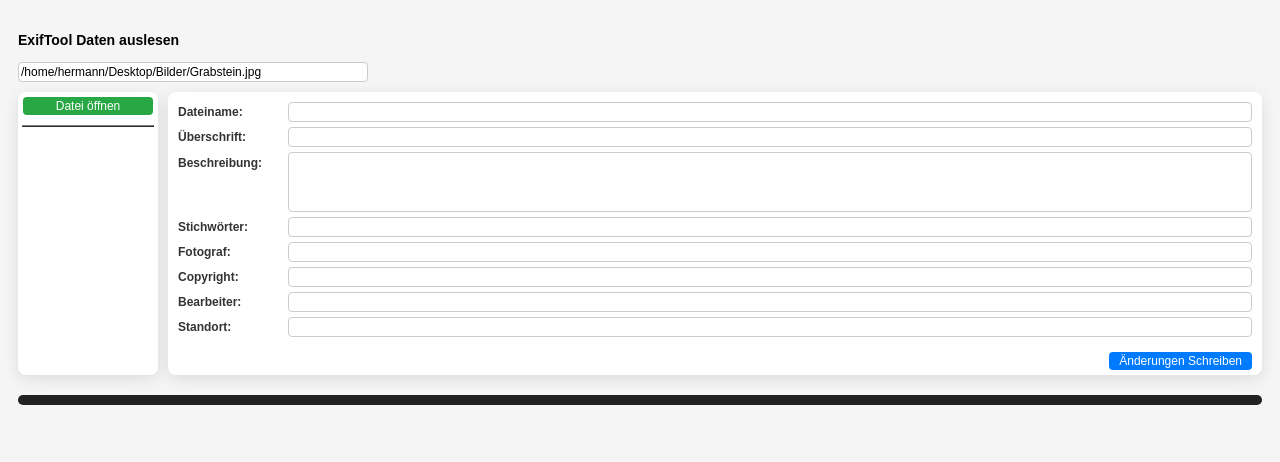
Repository: h-fahle/metadata
Page: ui/index.html
These files come from the project's save history. The page is drawn as it stood at one moment and after the next save; the edit follows.
The browser window is 1280 px wide. The pictures show the whole page.

Above is the page before, as saved 2026-08-17 10:32:06.

### ui/index.html
<!DOCTYPE html>
<html lang="de">

<head>
	<meta charset="UTF-8">
	<title>Tauri ExifTool Test</title>
	<link rel="stylesheet" href="style.css">
</head>

<body>
	<h3>ExifTool Daten auslesen</h3>

	<input type="text" id="bildpfad" value="/home/hermann/Desktop/Bilder/Grabstein.jpg">

	<div class="main-container">

		<!-- Das Vorschaubild links -->
		<div id="sidebar">
			<button id="file-open" onclick="dateiAuswählen()">Datei öffnen</button>
			<img id="vorschau-bild" src="" />
		</div>

		<!-- Das Formular rechts -->
		<form action="" method="post">
			<p>
				<label for="filename">Dateiname:</label>
				<input type="text" id="filename" name="filename"
					title="Im Einzelmodus: Änderung des Dateinamens bewirkt Umbenennung der Datei.
Im Stapelmodus: Ordnername is nicht änderbar."/>
			</p>
			<p>
				<label for="caption">Überschrift:</label>
				<input type="text" id="caption" name="caption"
					title="Auch (Dokument-)Titel, Schlagzeile, Headline"/>
			</p>
			<p>
				<label for="description">Beschreibung:</label>
				<textarea id="description" name="description" style="min-height: 60px;"
					title="Beschreibender Text in beliebiger Länge.
(Im Stapelmodus wird der eingegebene Text an vorhandenen angehängt.)
Hinweis: Einige Programme zeigen nur 2.000 Zeichen oder auch weniger an."></textarea>
			</p>
			<p>
				<label for="keywords">Stichwörter:</label>
				<input type="text" id="keywords" name="keywords"
					title="Komma-separierte Liste. Groß-/Kleinschreibung beachten.
Im Stapelmodus werden die eingegebenen Stichwörter an vorhandene angehängt."/>
			</p>
			<p>
				<label for="creator">Fotograf:</label>
				<input type="text" id="creator" name="creator"
					title="Urheber, Ersteller, Autor
(Tags: Artitst, Creator, By-line)"/>
			</p>
			<p>
				<label for="copyright">Copyright:</label>
				<input type="text" id="copyright" name="copyright"
					title="Urheberrechtshinweis; enthält in der Regel:
Name des Fotografen, Aufnahmejahr und Nutzungsrechte;
(z.B. 'Copyright [1975] [Mustermann], Alle Rechte vorbehalten')"/>
			</p>
			<p>
				<label for="editor">Bearbeiter:</label>
				<input type="text" id="editor" name="editor"
					title="Verfasser der Metadaten
(Tags: Caption Writer, Writer Editor)"/>
			</p>
			<p>
				<label for="position">Standort:</label>
				<input type="text" id="position" name="position"
					title="GPS-Koordinaten in Dezimalgrad (51.49129, 8.43317).
Ermitteln der Koordinaten in der Google Maps-Karte:
  1. mit rechter Maustaste auf den Standort klicken,
  2. auf die angezeigten Koordinaten klicken,
  3. der so gespeicherte Wert kann dann mit Strg+V kopiert werden."/>
			</p>

			<!-- NEU: Der Speichern-Button am Ende des Formular-Containers -->
			<div style="text-align: right; margin-top: 15px;">
				<button onclick="exifSchreiben(event)"
					style="background: #007BFF;">Änderungen Schreiben</button>
			</div>

		</form>
	</div> <!-- Ende des main-containers -->

	<div id="ausgabe"></div>

	<script>

		async function dateiAuswählen() {
			try {
				const ergebnis = await window.__TAURI__.core.invoke('plugin:dialog|open', {
					options: {
						title: 'Bilddatei für ExifTool auswählen',
						directory: false,
						multiple: false,
						filters: [
							{ name: 'Bilder', extensions: ['jpg', 'jpeg', 'png', 'gif', 'tif', 'tiff', 'webp', 'avif', 'heic', 'heif'] }
						]
					}
				});

				// Wenn der Nutzer nicht abgebrochen hat (ergebnis ist nicht null)
				if (ergebnis) {
					// Falls das Ergebnis ein Objekt ist (z.B. { path: "..." }), holen wir den Pfad heraus,
					// ansonsten nehmen wir den String direkt.
					const pfad = typeof ergebnis === 'object' ? ergebnis.path : ergebnis;

					document.getElementById("bildpfad").value = pfad;

					// Sofort automatisch die Metadaten einlesen!
					exifAuslesen();
				}
			} catch (fehler) {
				document.getElementById("ausgabe").innerHTML = "<span style='color: red;'>Dialog-Fehler: " + fehler + "</span>";
			}
		}

		async function exifAuslesen() {
			const pfad = document.getElementById("bildpfad").value;
			const ausgabe = document.getElementById("ausgabe");
			const vorschauImg = document.getElementById("vorschau-bild");


			ausgabe.innerText = "Rufe ExifTool auf...";

			try {
				// 1. Metadaten über Rust holen
				const jsonText = await window.__TAURI__.core.invoke('lese_bild_metdaten', { dateipfad: pfad });
				const datenObjekt = JSON.parse(jsonText)[0]; 	// Das 1. JSON-Objekt im JSON-Array in JS-Objekt umwandeln

				document.getElementById('filename').value = datenObjekt.FileName || '';
				document.getElementById('caption').value = datenObjekt.CMB_Caption || '';
				document.getElementById('description').value = datenObjekt.Description || '';
				document.getElementById('keywords').value = datenObjekt.Keywords || '';
				document.getElementById('creator').value = datenObjekt.Creator || '';
				document.getElementById('copyright').value = datenObjekt.Copyright || '';
				document.getElementById('editor').value = datenObjekt.CMB_Editor || '';
				document.getElementById('position').value = datenObjekt.GPSPosition || '';

				// Wir nehmen das erste Element der Liste (ExifTool liefert immer ein Array)
				// und stellen es schön formatiert im Browser dar
				// ausgabe.innerText = JSON.stringify(datenObjekt[0], null, 2);
				ausgabe.innerText = jsonText;

				// Wir fragen Rust nach dem besten Weg für das Bild
				const vorschauErgebnis = await window.__TAURI__.core.invoke('hole_vorschaubild', { dateipfad: pfad });

				if (vorschauErgebnis === "STANDARD") {
					// Normales JPG/PNG über das Asset-Protokoll
					const assetUrl = window.__TAURI__.core.convertFileSrc(pfad);
					vorschauImg.src = assetUrl + "?t=" + new Date().getTime();
				} else if (vorschauErgebnis.startsWith("data:[embedded picture, 23 characters]")) {
					// TIF/TIFF über den im RAM kompilierten Rust-Wandler
					vorschauImg.src = vorschauErgebnis;
				}

				vorschauImg.style.display = "block";

			} catch (fehler) {
				ausgabe.innerHTML = "<span style='color: red;'>Fehler: " + fehler + "</span>";
				vorschauImg.style.display = "none";
				infoText.innerText = "Fehler beim Laden";
			}
		}

		async function exifSchreiben(ereignis) {
			if (ereignis) ereignis.preventDefault();  // verbietet dem Browser den automatischen Seiten-Reset!

			const pfad = document.getElementById("bildpfad").value;
			const ausgabe = document.getElementById("ausgabe");

			ausgabe.innerText = "Speichere Daten über ExifTool...";

			// Wir sammeln alle aktuellen Werte aus den Eingabefeldern ein
			const daten = {
				dateipfad: pfad,
				filename: document.getElementById('filename').value,
				caption: document.getElementById('caption').value,
				description: document.getElementById('description').value,
				keywords: document.getElementById('keywords').value.split(',').map(s => s.trim()).join(', '),
				creator: document.getElementById('creator').value,
				copyright: document.getElementById('copyright').value,
				editor: document.getElementById('editor').value,
				gps: document.getElementById('position').value
			};

			try {
				// Wir schicken das gesamte Paket an die Rust-Funktion 'schreibe_bild_metdaten'
				const antwort = await window.__TAURI__.core.invoke('schreibe_bild_metdaten', daten);

				// Bei Erfolg zeigen wir die Meldung in grüner Schrift an
				ausgabe.innerHTML = "<span style='color: #00ff00;'>" + antwort + "</span>";

				// 2. Da der Pfad dank preventDefault() jetzt bombenfest im Feld stehen bleibt,
				// funktioniert das Neuladen nun augenblicklich und fehlerfrei!
				await exifAuslesen();

			} catch (fehler) {
				// Falls etwas schiefgeht (z.B. Datei schreibgeschützt), zeigen wir den Fehler an
				ausgabe.innerHTML = "<span style='color: red;'>Fehler beim Speichern: " + fehler + "</span>";
			}
		}

	</script>
</body>

</html>

### ui/style.css
body {
	font-family: sans-serif;
	font-size:12px;
	padding: 10px;
	background: #f5f5f5;
}

button {
	padding: 2px 10px;
	font-size: 12px;
	cursor: pointer;
	background: #28a745;
	color: white;
	border: none;
	border-radius: 4px;
}

#ausgabe {
	margin-top: 20px;
	background: #222;
	color: #00ff00;
	padding: 5px;
	border-radius: 5px;
	font-family: monospace;
	white-space: pre-wrap;
	overflow-x: auto;
}
input#bildpfad {
	width: 350px;
}

/* Der neue Haupt-Container für die Nebeneinander-Ausrichtung */
.main-container {
	margin-top: 10px;
	display: flex;
	flex-direction: row;  /* Elemente nebeneinander */
	gap: 10px;            /* Abstand zwischen Bild und Formular */
	width: 100%;
	box-sizing: border-box;
}

/* Styling für den Bild-Bereich */
#sidebar {
	width: 140px;
	min-width: 140px;

	display: flex;
	flex-direction: column;
  	align-items: center;
  	justify-content: flex-start;

	padding-top: 5px;
	background-color: #ffffff;
	border-radius: 8px;
	box-shadow: 0 4px 15px rgba(0, 0, 0, 0.1);
}
#file-open {
	 width: 130px;
	 margin-bottom: 10px;
}
#vorschau-bild {
	width: 130px;
	height: auto;
	border: 1px outset gray;
}

/* Container des Formulars */
form {
	flex-grow: 1;
	margin: 0;
	padding: 5px 10px;
	background-color: #ffffff;
	border-radius: 8px;
	box-shadow: 0 4px 15px rgba(0, 0, 0, 0.1);
	font-family: Arial, sans-serif;
}

form p {
	display: flex;
	align-items: center;
	margin: 6px 0;       /* Geringer Zeilenabstand */
	width: 100%;
	margin-top: 5px;    /* Kleiner Abstand nach oben */
	margin-bottom: 5px; /* Kleiner Abstand nach unten */
}

label[for="description"] {
    align-self: flex-start;  /* DIESE ZEILE IST DIE RETTUNG: Richtet NUR dieses Label oben aus! */
    margin-top: 4px;         /* Feinjustierung, damit es perfekt auf der Linie der ersten Textzeile liegt */
}


/* Feste Breite für die Labels + Linksbündig */
label {
	display: inline-block;
	width: 110px;
	text-align: left;
	font-weight: bold;
	color: #333333;
	flex-shrink: 0; /* Verhindert, dass der Text zusammengedrückt wird */
}

/* Eingabefelder füllen den restlichen Platz der Zeile aus */
input[type="text"],
textarea {
	flex-grow: 1; /* Alle Felder starten exakt an der gleichen Linie */
	width: 100%;
	min-width: 0;
	padding: 2px;
	border: 1px solid #cccccc;
	border-radius: 4px;
	box-sizing: border-box;
	font-size: 12px;
}
textarea {
    /* DIESE BEIDEN ZEILEN LÖSEN DAS LINUX-PROBLEM ENDGÜLTIG: */
    field-sizing: content;   /* Die Box wächst automatisch zeilenweise mit! */
    overflow: hidden;        /* Schaltet Scrollbalken und damit den Bug komplett ab */
    resize: none;            /* Der Nutzer muss nicht mehr manuell ziehen */
}

/* Aktives Feld bei Klick */
input:focus,
textarea:focus {
	border-color: #007BFF;
	outline: none;
	box-shadow: 0 0 5px rgba(0, 123, 255, 0.5);
}

/* Der Absendeknopf richtet sich nach den Eingabefeldern aus */
.button-group {
	display: flex;
	justify-content: flex-end;
}

button[type="submit"] {
	width: 200px;
	padding: 12px;
	background-color: #007BFF;
	color: white;
	border: none;
	border-radius: 4px;
	font-size: 16px;
	cursor: pointer;
	transition: background-color 0.3s ease;
}
button[type="submit"]:hover {
	background-color: #0056b3;
}

After the next save:
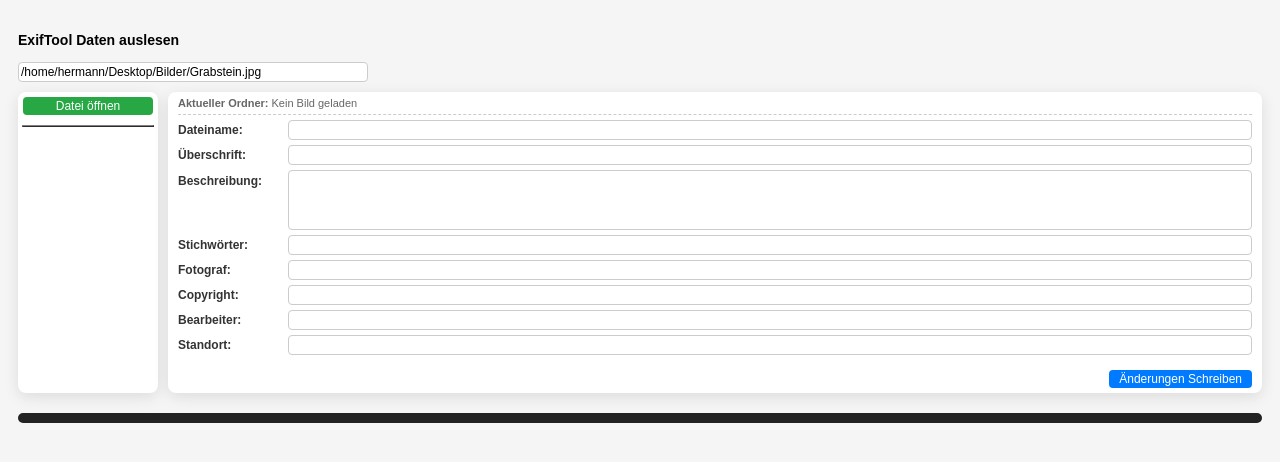
Saved 6 min 18 s later.
--- a/ui/index.html
+++ b/ui/index.html
@@ -22,63 +22,60 @@
 
 		<!-- Das Formular rechts -->
 		<form action="" method="post">
+
+			<div
+				style="margin-bottom: 5px; padding-bottom: 5px; border-bottom: 1px dashed #ccc; color: #666; font-size: 11px;">
+				<strong>Aktueller Ordner:</strong> <span id="ordner-pfad">Kein Bild geladen</span>
+			</div>
+
 			<p>
 				<label for="filename">Dateiname:</label>
-				<input type="text" id="filename" name="filename"
-					title="Im Einzelmodus: Änderung des Dateinamens bewirkt Umbenennung der Datei.
-Im Stapelmodus: Ordnername is nicht änderbar."/>
+				<input type="text" id="filename" name="filename" title="Im Einzelmodus: Änderung des Dateinamens bewirkt Umbenennung der Datei.
+Im Stapelmodus: Ordnername is nicht änderbar." />
 			</p>
 			<p>
 				<label for="caption">Überschrift:</label>
-				<input type="text" id="caption" name="caption"
-					title="Auch (Dokument-)Titel, Schlagzeile, Headline"/>
+				<input type="text" id="caption" name="caption" title="Auch (Dokument-)Titel, Schlagzeile, Headline" />
 			</p>
 			<p>
 				<label for="description">Beschreibung:</label>
-				<textarea id="description" name="description" style="min-height: 60px;"
-					title="Beschreibender Text in beliebiger Länge.
+				<textarea id="description" name="description" style="min-height: 60px;" title="Beschreibender Text in beliebiger Länge.
 (Im Stapelmodus wird der eingegebene Text an vorhandenen angehängt.)
 Hinweis: Einige Programme zeigen nur 2.000 Zeichen oder auch weniger an."></textarea>
 			</p>
 			<p>
 				<label for="keywords">Stichwörter:</label>
-				<input type="text" id="keywords" name="keywords"
-					title="Komma-separierte Liste. Groß-/Kleinschreibung beachten.
-Im Stapelmodus werden die eingegebenen Stichwörter an vorhandene angehängt."/>
+				<input type="text" id="keywords" name="keywords" title="Komma-separierte Liste. Groß-/Kleinschreibung beachten.
+Im Stapelmodus werden die eingegebenen Stichwörter an vorhandene angehängt." />
 			</p>
 			<p>
 				<label for="creator">Fotograf:</label>
-				<input type="text" id="creator" name="creator"
-					title="Urheber, Ersteller, Autor
-(Tags: Artitst, Creator, By-line)"/>
+				<input type="text" id="creator" name="creator" title="Urheber, Ersteller, Autor
+(Tags: Artitst, Creator, By-line)" />
 			</p>
 			<p>
 				<label for="copyright">Copyright:</label>
-				<input type="text" id="copyright" name="copyright"
-					title="Urheberrechtshinweis; enthält in der Regel:
+				<input type="text" id="copyright" name="copyright" title="Urheberrechtshinweis; enthält in der Regel:
 Name des Fotografen, Aufnahmejahr und Nutzungsrechte;
-(z.B. 'Copyright [1975] [Mustermann], Alle Rechte vorbehalten')"/>
+(z.B. 'Copyright [1975] [Mustermann], Alle Rechte vorbehalten')" />
 			</p>
 			<p>
 				<label for="editor">Bearbeiter:</label>
-				<input type="text" id="editor" name="editor"
-					title="Verfasser der Metadaten
-(Tags: Caption Writer, Writer Editor)"/>
+				<input type="text" id="editor" name="editor" title="Verfasser der Metadaten
+(Tags: Caption Writer, Writer Editor)" />
 			</p>
 			<p>
 				<label for="position">Standort:</label>
-				<input type="text" id="position" name="position"
-					title="GPS-Koordinaten in Dezimalgrad (51.49129, 8.43317).
+				<input type="text" id="position" name="position" title="GPS-Koordinaten in Dezimalgrad (51.49129, 8.43317).
 Ermitteln der Koordinaten in der Google Maps-Karte:
   1. mit rechter Maustaste auf den Standort klicken,
   2. auf die angezeigten Koordinaten klicken,
-  3. der so gespeicherte Wert kann dann mit Strg+V kopiert werden."/>
+  3. der so gespeicherte Wert kann dann mit Strg+V kopiert werden." />
 			</p>
 
 			<!-- NEU: Der Speichern-Button am Ende des Formular-Containers -->
 			<div style="text-align: right; margin-top: 15px;">
-				<button onclick="exifSchreiben(event)"
-					style="background: #007BFF;">Änderungen Schreiben</button>
+				<button onclick="exifSchreiben(event)" style="background: #007BFF;">Änderungen Schreiben</button>
 			</div>
 
 		</form>
@@ -139,6 +136,17 @@ Ermitteln der Koordinaten in der Google Maps-Karte:
 				document.getElementById('editor').value = datenObjekt.CMB_Editor || '';
 				document.getElementById('position').value = datenObjekt.GPSPosition || '';
 
+				const vollerPfad = pfad;
+				// Erkennt automatisch Linux-Schrägstriche (/) und Windows-Backslashes (\)
+				const letzterSlash = Math.max(vollerPfad.lastIndexOf('/'), vollerPfad.lastIndexOf('\\'));
+				let ordner = "Unbekannt";
+
+				if (letzterSlash !== -1) {
+					ordner = vollerPfad.substring(0, letzterSlash);
+				}
+				// Den berechneten Ordnerpfad in das neue Label schreiben
+				document.getElementById('ordner-pfad').innerText = ordner;
+
 				// Wir nehmen das erste Element der Liste (ExifTool liefert immer ein Array)
 				// und stellen es schön formatiert im Browser dar
 				// ausgabe.innerText = JSON.stringify(datenObjekt[0], null, 2);
